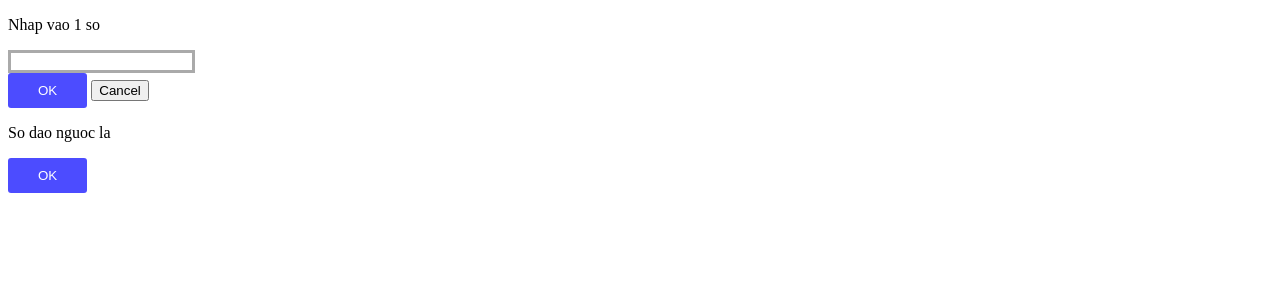
Repository: lhggiang/Sodaonguoc
Page: index.html
The author's editor kept a copy of each file at every save. The page is drawn from the files as they stood at one save, then again after the next save.
The browser window is 1280 px wide. The pictures show the whole page.

Above is the page before, as saved 2023-05-19 06:56:09.

After the next save:
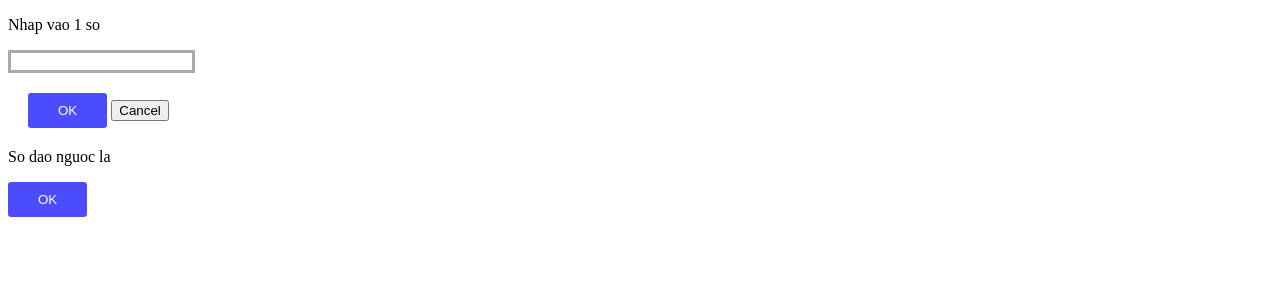
Saved 2 min 27 s later.
--- a/style.css
+++ b/style.css
@@ -3,8 +3,7 @@
 }
 
 .btn {
-  /* display: flex; */
-  /* justify-content: flex-end; */
+  margin: 20px;
 }
 
 .ok {
